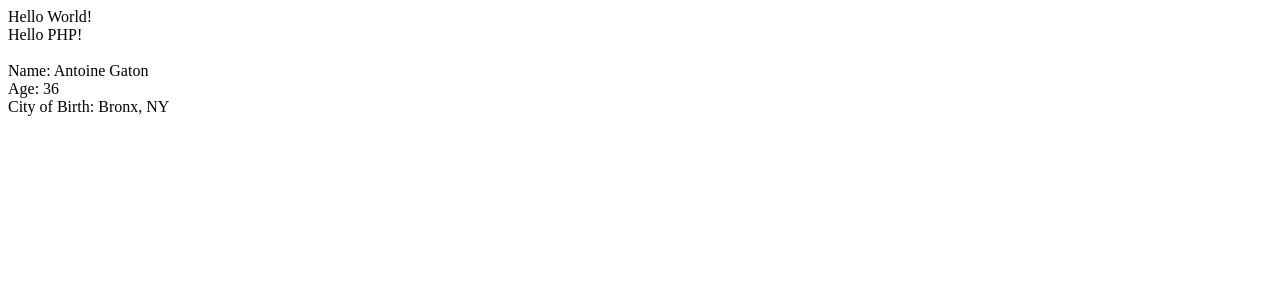
Repository: AntoineGaton/PHP
Page: http://localhost/hello_world/index.php
The author's editor kept a copy of each file at every save. The page is drawn from the files as they stood at one save, then again after the next save.
The browser window is 1280 px wide. The pictures show the whole page.
The page is run by PHP 8.4 with error messages shown; the project is at /var/www/html/.

Above is the page before, as saved 2025-03-25 18:01:35.

After the next save:
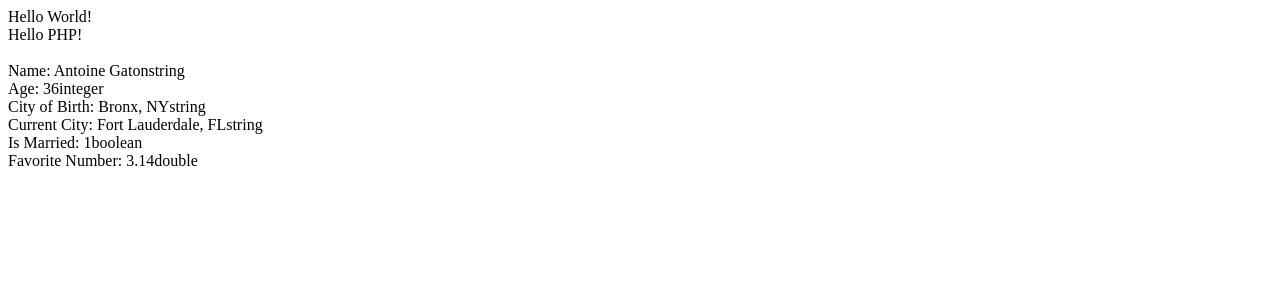
Saved 75 s later.
--- a/hello_world/index.php
+++ b/hello_world/index.php
@@ -25,16 +25,28 @@
     $age = 36;
     $city_of_birth = "Bronx, NY";
     $current_city = "Fort Lauderdale, FL";
-    $is_student = false;
-    $gpa = 3.8;
-
+    $is_married = true;
+    $favorite_number = 3.14;
+    $null_variable = null;
 
     //Print Variables
     echo "Name: {$name}";
+    echo gettype($name);
     echo "<br>";
     echo "Age: $age";
+    echo gettype($age);
     echo "<br>";
     echo "City of Birth: $city_of_birth";
+    echo gettype($city_of_birth);
+    echo "<br>";
+    echo "Current City: $current_city";
+    echo gettype($current_city);
+    echo "<br>";
+    echo "Is Married: $is_married";
+    echo gettype($is_married);
+    echo "<br>";
+    echo "Favorite Number: $favorite_number";
+    echo gettype($favorite_number);
     echo "<br>";
     ?>
 </body>
